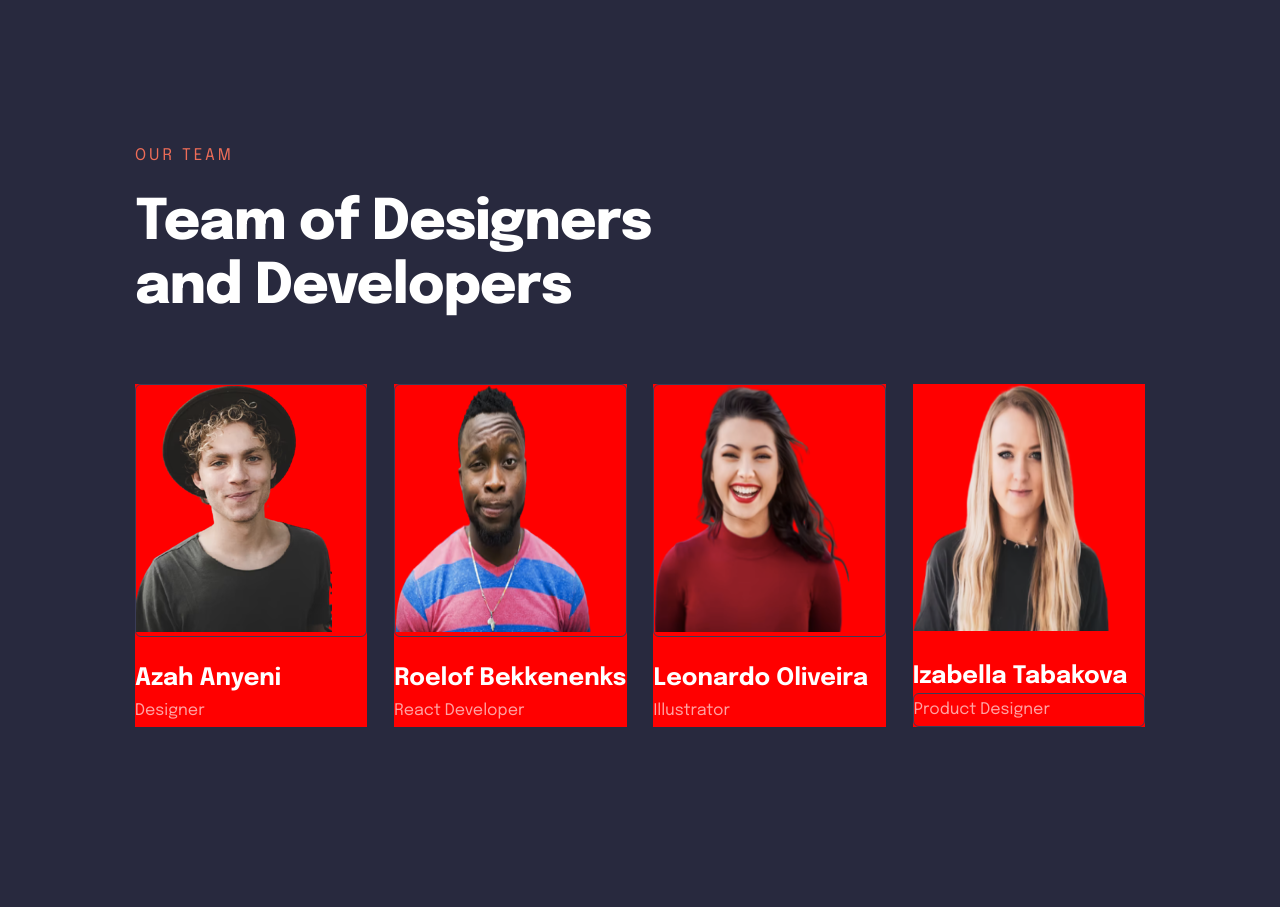
Repository: MehdiKerimov/Figma-task-10
Page: pages/teamPage/index.html
An editor plug-in stored every save of this project. The page is shown before and after a run of saves, followed by the edit.
The browser window is 1280 px wide. The pictures show the whole page.

Above is the page before, as saved 2023-09-09 15:24:20.

After the next 5 saves:
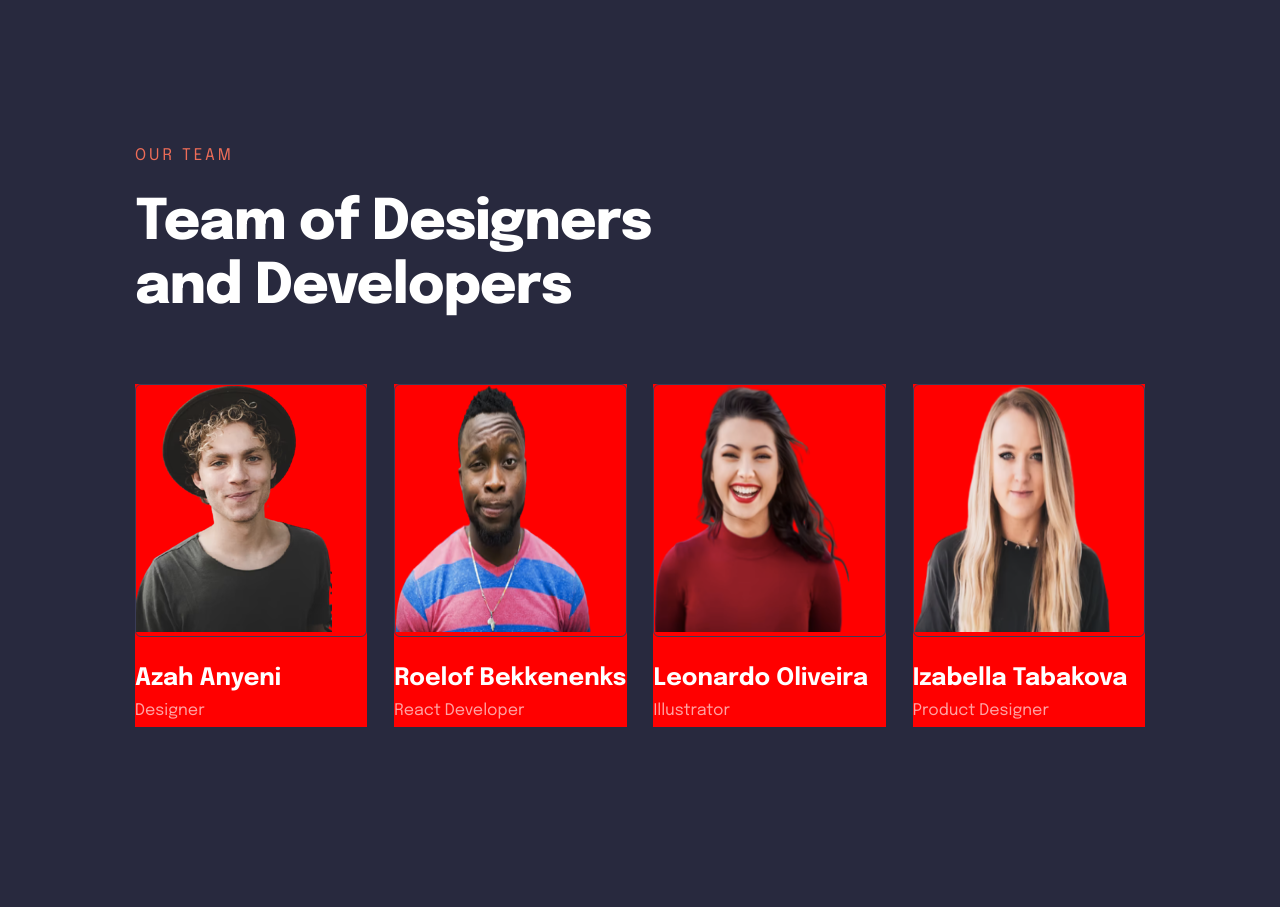
The 5 saves are shown as one change because they came seconds apart.
The last was saved 14 s later.
--- a/pages/teamPage/index.html
+++ b/pages/teamPage/index.html
@@ -39,12 +39,11 @@
           <a href="#">Illustrator</a>
         </li>
         <li>
-          <img src="/images/Bitmap (5).png" alt="" />
+          <div>          <img src="/images/Bitmap (5).png" alt="" />
+          </div>
           <p>Izabella Tabakova</p>
-          <div>
-            <a href="#">Product Designer</a>
-          </div>
 
+          <a href="#">Product Designer</a>
         </li>
       </ul>
     </div>
